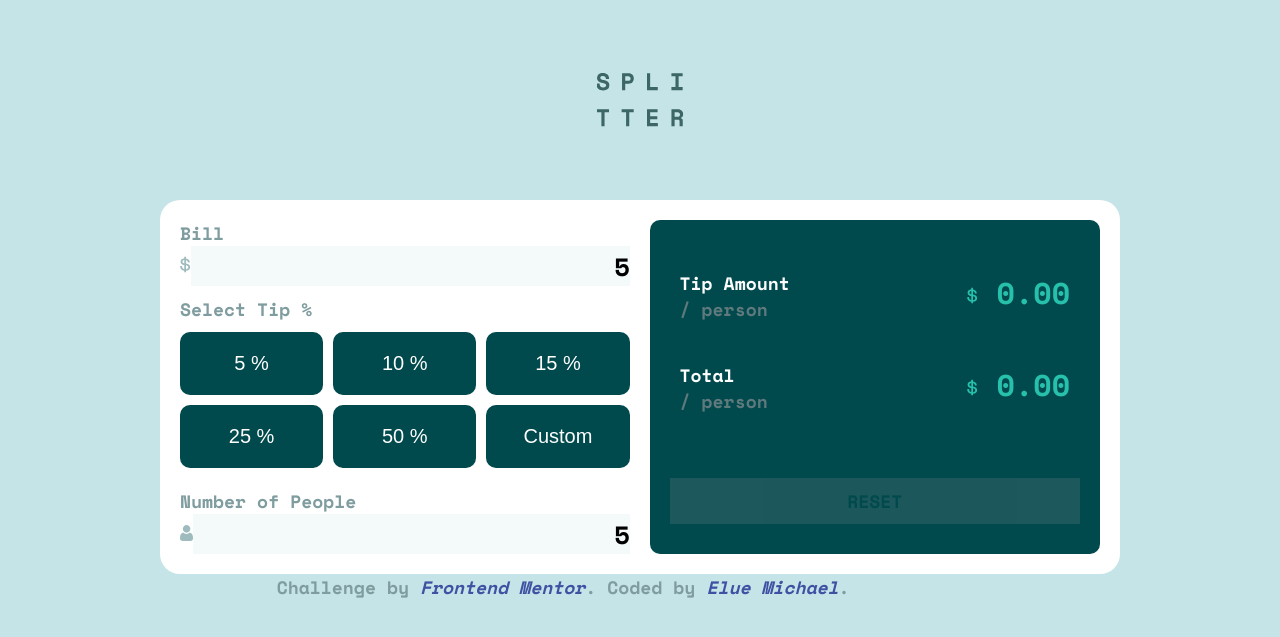
Repository: MeekyBerry/Frontend-Mentor-Challenges
Page: tip-calculator-app/index.html
These files come from the project's save history. The page is drawn as it stood at one moment and after the next save; the edit follows.
The browser window is 1280 px wide. The pictures show the whole page.
Empty fields were first filled with sample values (such as "Sample", 5 or name@example.com).
After loading, the first visible `#bill` was changed once.

Above is the page before, as saved 2023-03-28 02:18:26.
Console error: ReferenceError: calculateTip is not defined

After the next save:
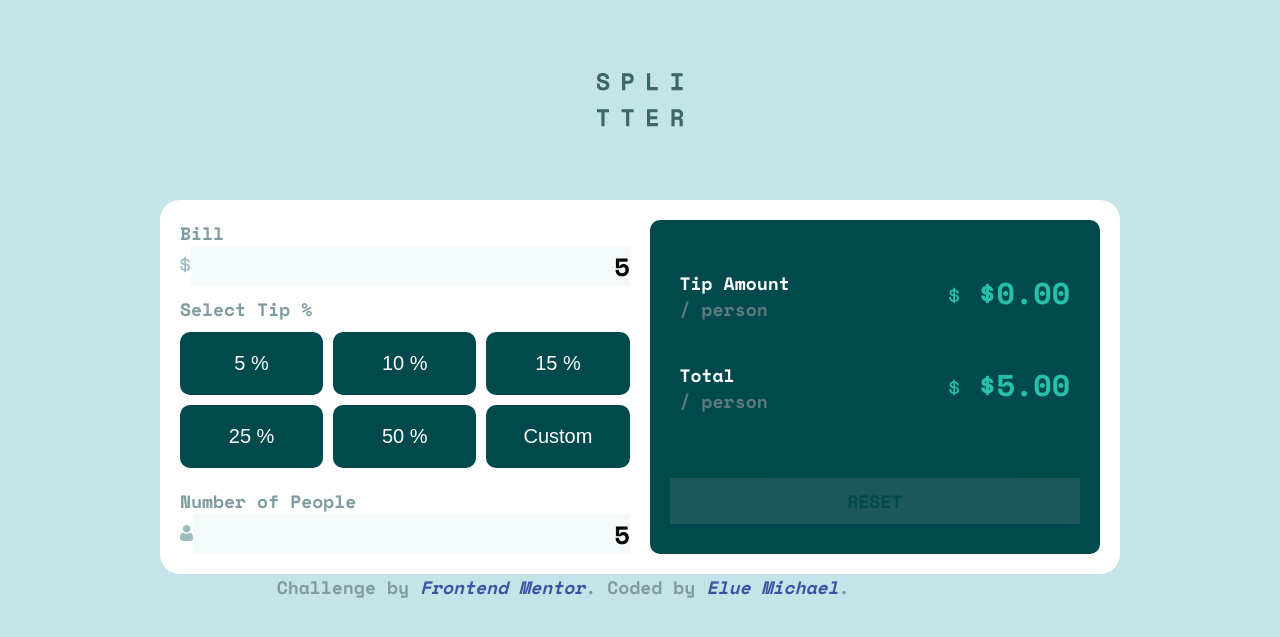
The error is gone.
Saved 5 min 38 s later.
--- a/tip-calculator-app/script.js
+++ b/tip-calculator-app/script.js
@@ -58,6 +58,15 @@ resetButton.addEventListener('click', () => {
     customInput.parentNode.replaceChild(customButton, customInput);
 });
 
+// calculate tip and total amount
+const calculateTip = () => {
+    let tipAmount = (bill * (tipPercentage + customPercentage)) / 100;
+    let totalAmount = bill + tipAmount;
+    let tipPerPerson = tipAmount / people;
+    let totalPerPerson = totalAmount / people;
+    tipAmountSpan.textContent = `$${tipPerPerson.toFixed(2)}`;
+    totalAmountSpan.textContent = `$${totalPerPerson.toFixed(2)}`;
+};
 
 
 
